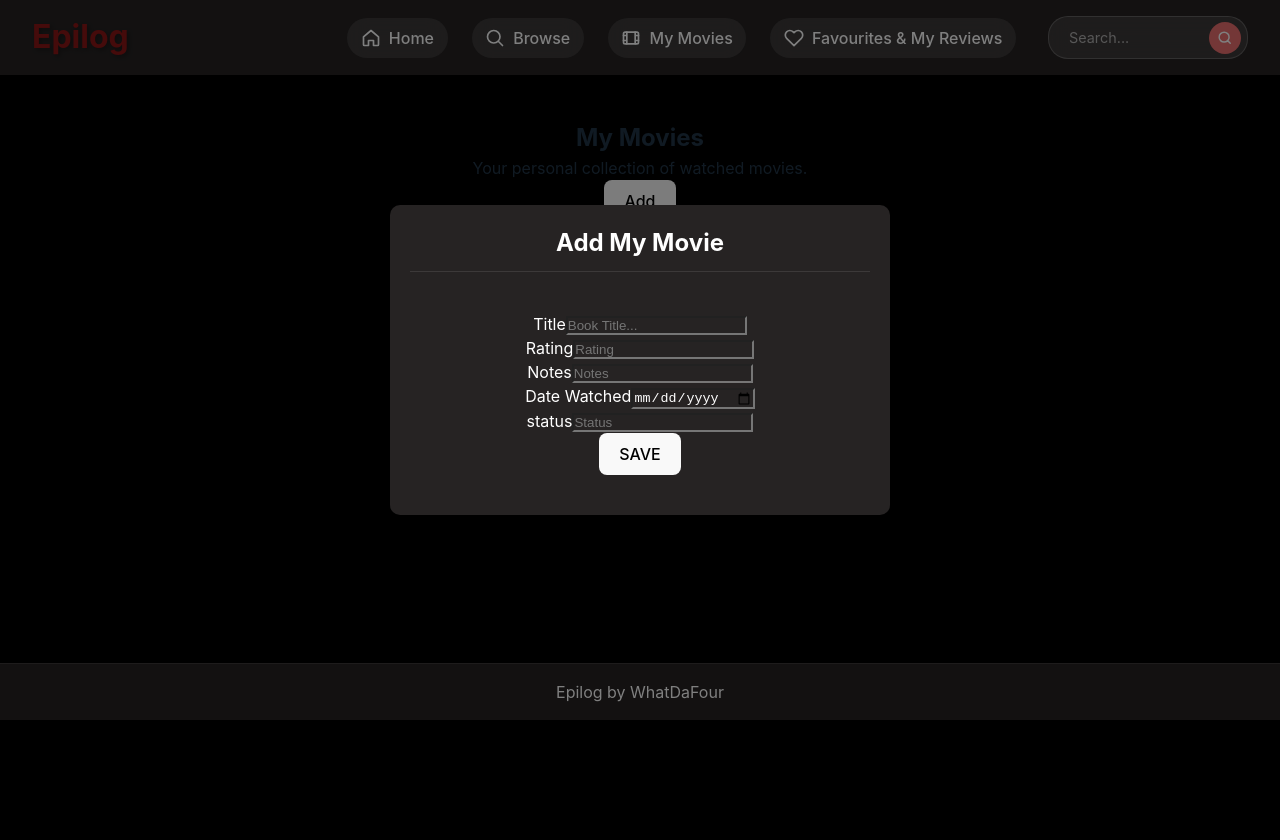
Repository: primcharlin/COMP3170_Epilog
Page: /my-movies, after clicking the first element matching `div.page-section > button`
These files come from the project's save history. The page is drawn as it stood at one moment and after the next save; the edit follows.
The browser window is 1280 px wide. The pictures show the whole page.
The project was rebuilt for these pictures with package versions that can differ from the ones it lists, and the page was loaded fresh each time. Also part of the build but not shown: vite.config.js, src/components/SearchBar.jsx, src/pages/Home.jsx, src/pages/Browse.jsx, src/pages/FavouritesReviews.jsx.

Above is the page before, as saved 2025-10-05 09:05:36.

After the next save:
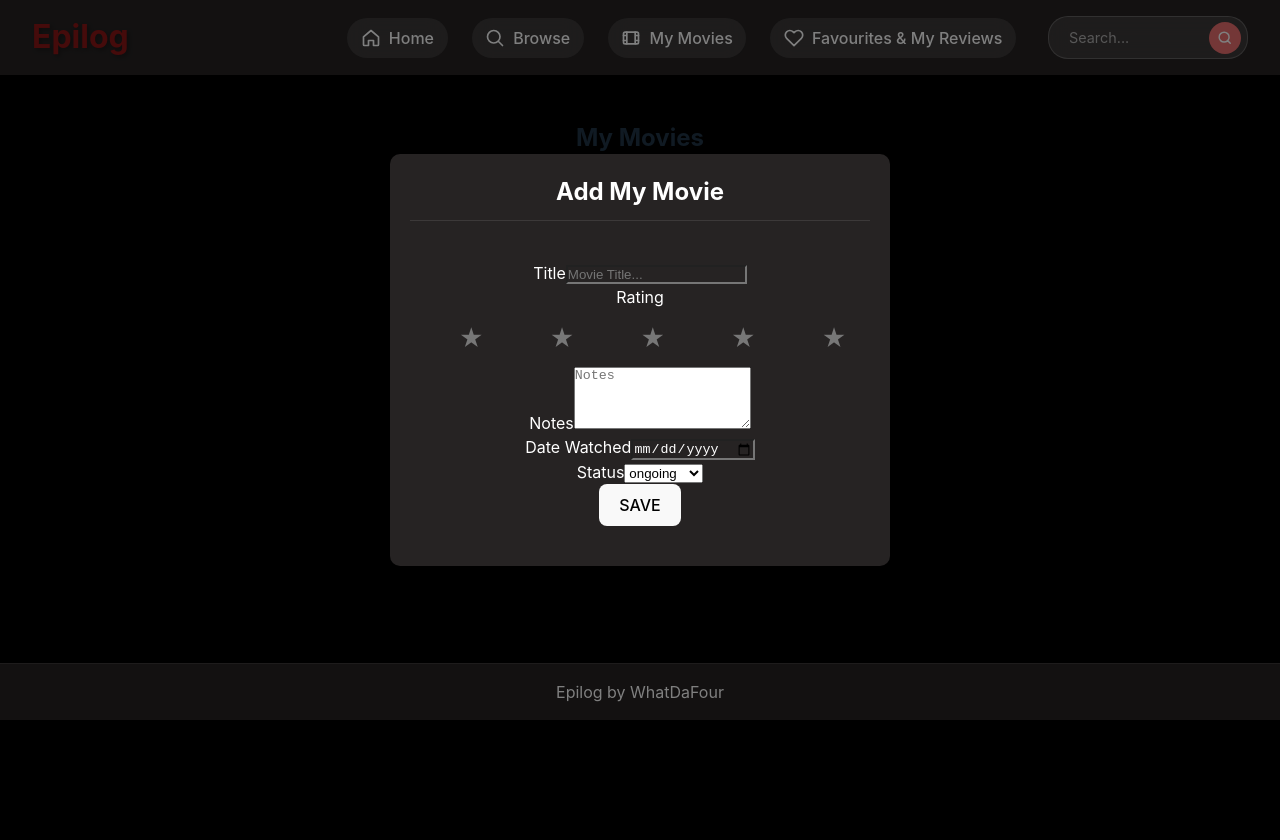
Saved 3 min 28 s later.
--- a/src/components/AddMyMovie.jsx
+++ b/src/components/AddMyMovie.jsx
@@ -1,26 +1,57 @@
+import React, { useState } from "react";
+
 function AddMyMovie() {
+    const [rating, setRating] = useState(0);
+
+    const handleSetRating = (value) => {
+        setRating(value);
+    };
+
     return (
         <div className="form-container">
             <form>
                 <div className="form-control">
                     <label htmlFor="title">Title</label>
-                    <input type="text" name="username" placeholder="Book Title..."/>
+                    <input type="text" name="title" placeholder="Movie Title..."/>
                 </div>
                 <div className="form-control">
                     <label htmlFor="rating">Rating</label>
-                    <input type="text" name="rating" placeholder="Rating"/>
+                    <div role="radiogroup" aria-label="Rating" style={{ display: "flex", gap: "8px" }}>
+                        {[1,2,3,4,5].map((star) => (
+                            <button
+                                key={star}
+                                type="button"
+                                aria-label={`${star} star${star > 1 ? "s" : ""}`}
+                                onClick={() => handleSetRating(star)}
+                                style={{
+                                    background: "transparent",
+                                    border: "none",
+                                    cursor: "pointer",
+                                    fontSize: "1.5rem",
+                                    color: star <= rating ? "#e6b800" : "#777777"
+                                }}
+                            >
+                                ★
+                            </button>
+                        ))}
+                        <input type="hidden" name="rating" value={rating} />
+                    </div>
                 </div>
                 <div className="form-control">
-                    <label htmlFor="Notes">Notes</label>
-                    <input type="textarea" name="notes" placeholder="Notes"/>
+                    <label htmlFor="notes">Notes</label>
+                    <textarea name="notes" placeholder="Notes" rows="4"/>
                 </div>
                 <div className="form-control">
                     <label htmlFor="date-watched">Date Watched</label>
                     <input type="date" name="date-watched"/>
                 </div>
                 <div className="form-control">
-                    <label htmlFor="status">status</label>
-                    <input type="text" name="status" placeholder="Status"/>
+                    <label htmlFor="status">Status</label>
+                    <select name="status" defaultValue="ongoing">
+                        <option value="ongoing">ongoing</option>
+                        <option value="complete">complete</option>
+                        <option value="cancelled">cancelled</option>
+                    </select>
                 </div>
                 <button className="save">SAVE</button>
             </form>
